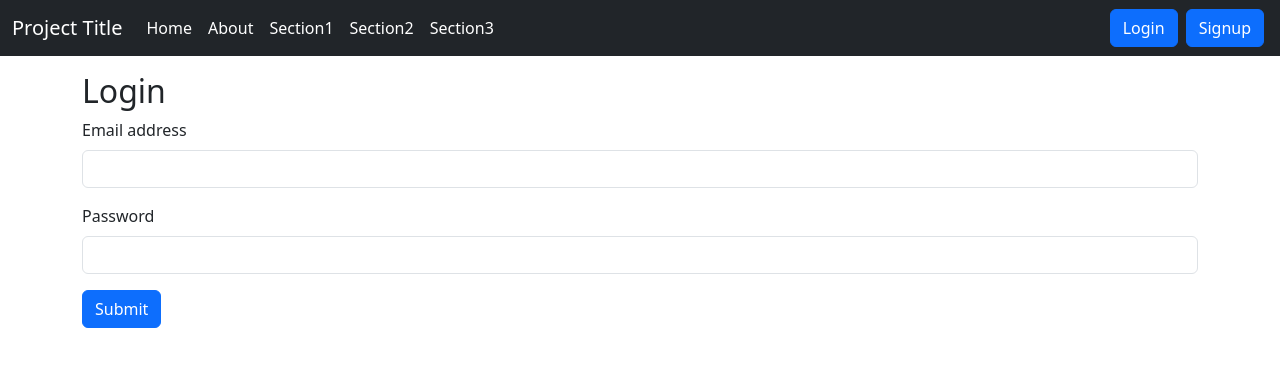
Repository: rahul-chakradhari/devquest
Page: /login (app in project/)
The author's editor kept a copy of each file at every save. The page is drawn from the files as they stood at one save, then again after the next save.
The browser window is 1280 px wide. The pictures show the whole page.
The project was rebuilt for these pictures with package versions that can differ from the ones it lists, and the page was loaded fresh each time. Also part of the build but not shown: project/vite.config.js, project/src/App.css, project/src/components/Home.jsx, project/src/components/About.jsx, project/src/components/Section1.jsx, project/src/components/Section2.jsx, project/src/components/Section3.jsx, project/src/components/Signup.jsx and 1 more.

Above is the page before, as saved 2025-02-22 17:00:35.

### project/index.html
<!DOCTYPE html>
<html lang="en">
  <head>
    <meta charset="UTF-8" />
    <link rel="icon" type="image/svg+xml" href="/vite.svg" />
    <meta name="viewport" content="width=device-width, initial-scale=1.0" />
    <title>Project</title>
    <link
      href="https://cdn.jsdelivr.net/npm/bootstrap@5.3.3/dist/css/bootstrap.min.css"
      rel="stylesheet"
      integrity="sha384-QWTKZyjpPEjISv5WaRU9OFeRpok6YctnYmDr5pNlyT2bRjXh0JMhjY6hW+ALEwIH"
      crossorigin="anonymous"
    />
  </head>
  <body>
    <div id="root"></div>
    <script type="module" src="/src/main.jsx"></script>
    <script
      src="https://cdn.jsdelivr.net/npm/bootstrap@5.3.3/dist/js/bootstrap.bundle.min.js"
      integrity="sha384-YvpcrYf0tY3lHB60NNkmXc5s9fDVZLESaAA55NDzOxhy9GkcIdslK1eN7N6jIeHz"
      crossorigin="anonymous"
    ></script>
  </body>
</html>

### project/src/App.jsx
import { useState } from "react";
import "./App.css";
import React from "react";
import { BrowserRouter as Router, Routes, Route } from "react-router-dom";
import Navbar from "./components/Navbar";
import Home from "./components/Home";
import About from "./components/About";
import Section1 from "./components/Section1";
import Section2 from "./components/Section2";
import Section3 from "./components/Section3";
import Login from "./components/login";
import Signup from "./components/Signup";

function App() {
  const [count, setCount] = useState(0);

  return (
    <>
      <Router>
        <Navbar />
        <Routes>
          <Route path="/about" element={<About />} />
          <Route path="/" element={<Home />} />
          <Route path="/section1" element={<Section1 />} />
          <Route path="/section2" element={<Section2 />} />
          <Route path="/section3" element={<Section3 />} />
          <Route path="/login" element={<Login />} />
          <Route path="/signup" element={<Signup />} />
        </Routes>
      </Router>
    </>
  );
}

export default App;

### project/src/components/Navbar.jsx
import React from "react";
import { Link, useNavigate } from "react-router-dom";

const Navbar = () => {
  const navigate = useNavigate();
  const isLoggedIn = localStorage.getItem("token"); // Check if token exists

  const handleLogout = () => {
    localStorage.removeItem("token");
    navigate("/login");
  };

  return (
    <div>
      <nav className="navbar navbar-expand-lg navbar-dark bg-dark">
        <div className="container-fluid">
          <a className="navbar-brand" href="#">
            Project Title
          </a>
          <button
            className="navbar-toggler"
            type="button"
            data-bs-toggle="collapse"
            data-bs-target="#navbarSupportedContent"
            aria-controls="navbarSupportedContent"
            aria-expanded="false"
            aria-label="Toggle navigation"
          >
            <span className="navbar-toggler-icon"></span>
          </button>
          <div className="collapse navbar-collapse" id="navbarSupportedContent">
            <ul className="navbar-nav me-auto mb-2 mb-lg-0">
              <li className="nav-item">
                <Link className="nav-link active" aria-current="page" to="/">
                  Home
                </Link>
              </li>
              <li className="nav-item">
                <Link
                  className="nav-link active"
                  aria-current="page"
                  to="/about"
                >
                  About
                </Link>
              </li>
              <li className="nav-item">
                <Link
                  className="nav-link active"
                  aria-current="page"
                  to="/section1"
                >
                  Section1
                </Link>
              </li>
              <li className="nav-item">
                <Link
                  className="nav-link active"
                  aria-current="page"
                  to="/section2"
                >
                  Section2
                </Link>
              </li>
              <li className="nav-item">
                <Link
                  className="nav-link active"
                  aria-current="page"
                  to="/section3"
                >
                  Section3
                </Link>
              </li>
            </ul>
            <form className="d-flex">
              {!isLoggedIn ? (
                <>
                  <Link className="btn btn-primary mx-1" to="/login">
                    Login
                  </Link>
                  <Link className="btn btn-primary mx-1" to="/signup">
                    Signup
                  </Link>
                </>
              ) : (
                <button className="btn btn-danger mx-1" onClick={handleLogout}>
                  Logout
                </button>
              )}
            </form>
          </div>
        </div>
      </nav>
    </div>
  );
};

export default Navbar;

### project/src/components/login.jsx
import React, { useState } from "react";
import { useNavigate } from "react-router-dom";

const Login = () => {
  const [credentials, setCredentials] = useState({ email: "", password: "" });
  const [loading, setLoading] = useState(false);
  const [alert, setAlert] = useState(""); // Error alert state
  const navigate = useNavigate();

  const handleSubmit = async (e) => {
    e.preventDefault();
    setLoading(true);
    setAlert("");

    try {
      const response = await fetch("http://localhost:4000/api/auth/login", {
        method: "POST",
        headers: { "Content-Type": "application/json" },
        body: JSON.stringify(credentials),
      });

      const data = await response.json();
      setLoading(false);

      if (response.ok && data.success && data.authtoken) {
        localStorage.setItem("token", data.authtoken);
        setSuccessMessage("Welcome back! Redirecting you to your dashboard...");

        // Redirect after 1 second
        setTimeout(() => {
          setSuccessMessage("");
          navigate("/");
        }, 1000);
      } else {
        setAlert(data.error || "Invalid credentials. Please try again.");
      }
    } catch (err) {
      setLoading(false);
      setAlert("An error occurred. Please try again later.");
      console.error("Error during login:", err);
    }
  };

  const onChange = (e) => {
    setCredentials({ ...credentials, [e.target.name]: e.target.value });
  };

  return (
    <div className="container my-3">
      {alert && <div className="alert alert-danger mt-3">{alert}</div>}

      <h2>Login</h2>
      <form onSubmit={handleSubmit}>
        <div className="mb-3">
          <label htmlFor="email" className="form-label">
            Email address
          </label>
          <input
            type="email"
            className="form-control"
            value={credentials.email}
            onChange={onChange}
            id="email"
            name="email"
            required
          />
        </div>

        <div className="mb-3">
          <label htmlFor="password" className="form-label">
            Password
          </label>
          <input
            type="password"
            className="form-control"
            value={credentials.password}
            onChange={onChange}
            name="password"
            id="password"
            required
          />
        </div>

        <button type="submit" className="btn btn-primary" disabled={loading}>
          {loading ? "Logging in..." : "Submit"}
        </button>
      </form>
    </div>
  );
};

export default Login;

Loaded but not shown: project/src/main.jsx (common file)

After the next save:
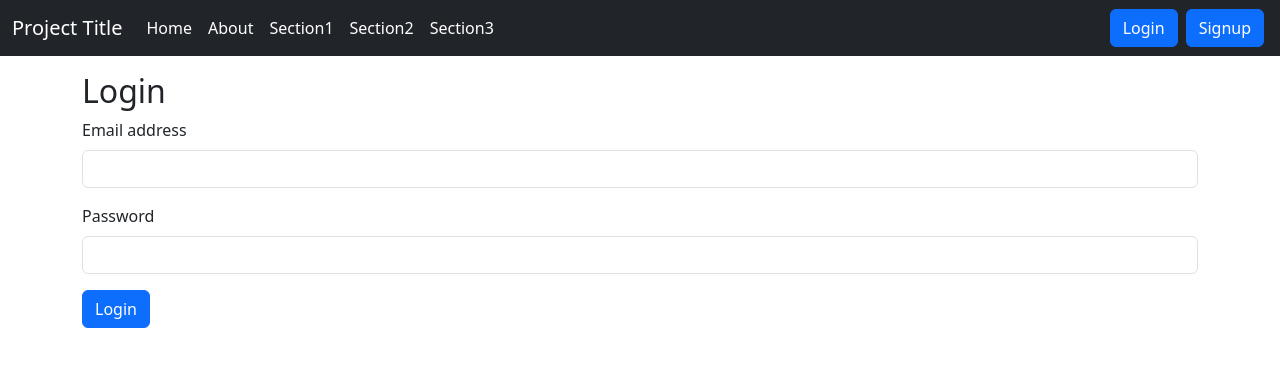
Saved 54 s later.
--- a/project/src/components/login.jsx
+++ b/project/src/components/login.jsx
@@ -4,13 +4,13 @@ import { useNavigate } from "react-router-dom";
 const Login = () => {
   const [credentials, setCredentials] = useState({ email: "", password: "" });
   const [loading, setLoading] = useState(false);
-  const [alert, setAlert] = useState(""); // Error alert state
+  const [message, setMessage] = useState(""); // State for success/error messages
   const navigate = useNavigate();
 
   const handleSubmit = async (e) => {
     e.preventDefault();
     setLoading(true);
-    setAlert("");
+    setMessage("");
 
     try {
       const response = await fetch("http://localhost:4000/api/auth/login", {
@@ -22,21 +22,20 @@ const Login = () => {
       const data = await response.json();
       setLoading(false);
 
-      if (response.ok && data.success && data.authtoken) {
+      if (response.ok) {
         localStorage.setItem("token", data.authtoken);
-        setSuccessMessage("Welcome back! Redirecting you to your dashboard...");
+        setMessage("Welcome back! Redirecting...");
 
-        // Redirect after 1 second
         setTimeout(() => {
-          setSuccessMessage("");
+          setMessage("");
           navigate("/");
         }, 1000);
       } else {
-        setAlert(data.error || "Invalid credentials. Please try again.");
+        setMessage(data.error || "Invalid credentials. Please try again.");
       }
     } catch (err) {
       setLoading(false);
-      setAlert("An error occurred. Please try again later.");
+      setMessage("An error occurred. Please try again later.");
       console.error("Error during login:", err);
     }
   };
@@ -47,7 +46,15 @@ const Login = () => {
 
   return (
     <div className="container my-3">
-      {alert && <div className="alert alert-danger mt-3">{alert}</div>}
+      {message && (
+        <div
+          className={`alert mt-3 ${
+            message.includes("Welcome") ? "alert-success" : "alert-danger"
+          }`}
+        >
+          {message}
+        </div>
+      )}
 
       <h2>Login</h2>
       <form onSubmit={handleSubmit}>
@@ -82,7 +89,7 @@ const Login = () => {
         </div>
 
         <button type="submit" className="btn btn-primary" disabled={loading}>
-          {loading ? "Logging in..." : "Submit"}
+          {loading ? "Logging in..." : "Login"}
         </button>
       </form>
     </div>
